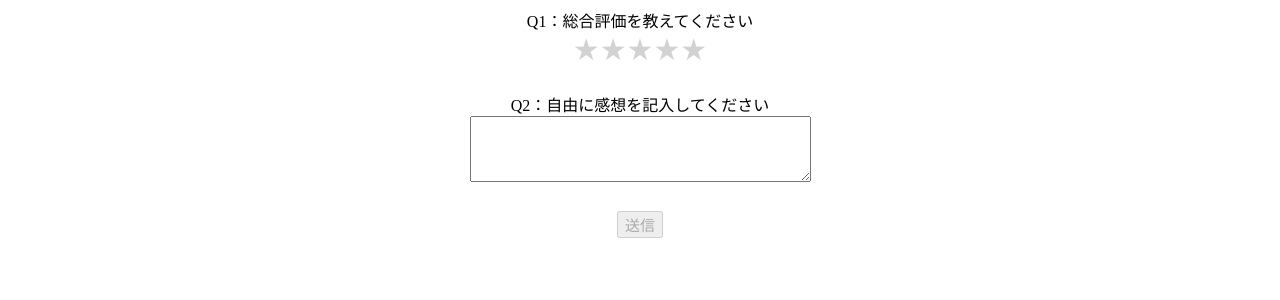
Repository: mikumiura/intern-chatbot
Page: templates/first-page.html
These files come from the project's save history. The page is drawn as it stood at one moment and after the next save; the edit follows.
The browser window is 1280 px wide. The pictures show the whole page.

Above is the page before, as saved 2022-08-24 05:11:45.

After the next save:
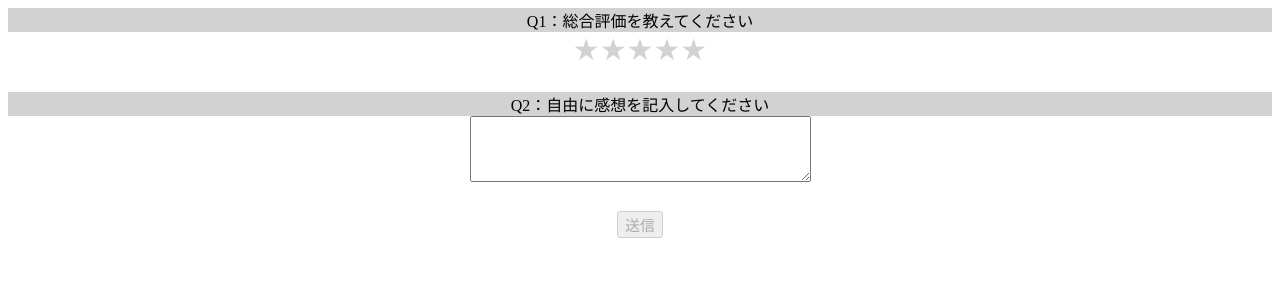
Saved 32 s later.
--- a/templates/first-page.html
+++ b/templates/first-page.html
@@ -16,7 +16,7 @@
 
     <div id = "app">
         <div class="bottom-25">
-            <div>Q1：総合評価を教えてください</div>
+            <div class="bgc">Q1：総合評価を教えてください</div>
             <div>
                 <div v-bind:class="{'star-gold':stars[0], 'star-gray':!stars[0]}" v-on:click="star(1)" class="pointer size-30">★</div>
                 <div v-bind:class="{'star-gold':stars[1], 'star-gray':!stars[1]}" v-on:click="star(2)" class="pointer size-30">★</div>
@@ -27,7 +27,7 @@
         </div>
 
         <div class="bottom-25">
-            <div>Q2：自由に感想を記入してください</div>
+            <div class="bgc">Q2：自由に感想を記入してください</div>
             <div>
                 <textarea v-model="comment" cols="40" rows="4"></textarea> <!-- v-on:hogehoge（入力に関する処理の感知）でisActive()をtrueに -->
             </div>
